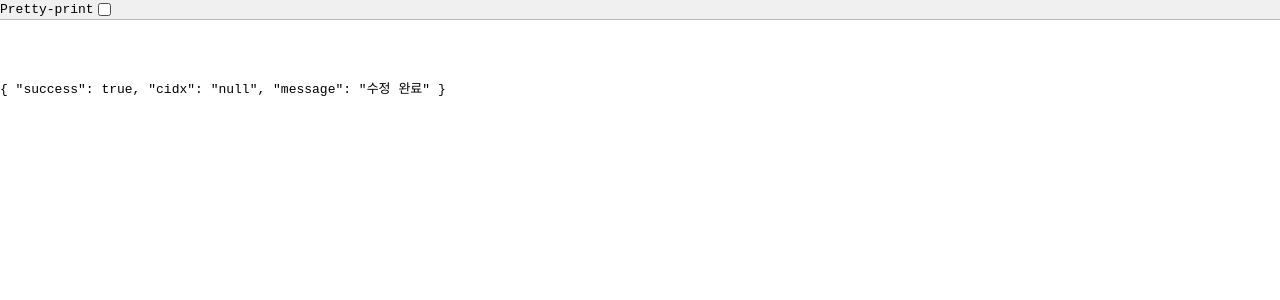
Repository: 1plus1equals3-true/Board-Project
Page: http://localhost/jsp/board_proc/comment_modify.jsp
An editor plug-in stored every save of this project. The page is shown before and after the next save, followed by the edit.
The browser window is 1280 px wide. The pictures show the whole page.
The page is served by Tomcat 9.

Above is the page before, as saved 2025-09-18 06:19:33.

After the next save:
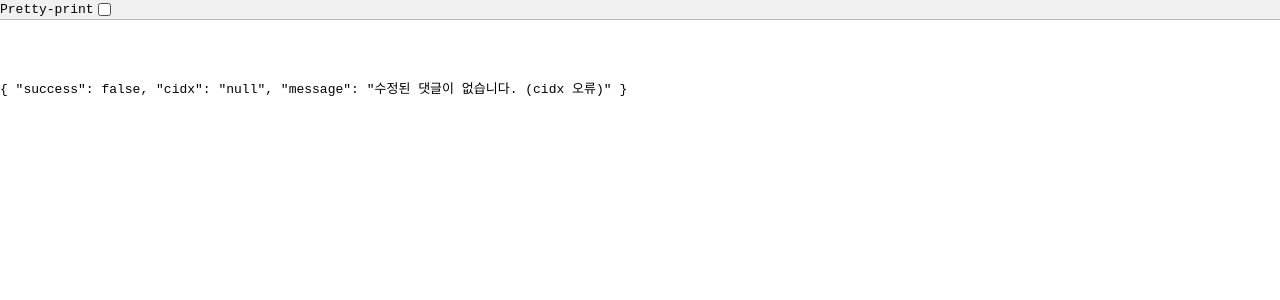
Saved 2 min 25 s later.
--- a/jsp/src/main/webapp/board_proc/comment_modify.jsp
+++ b/jsp/src/main/webapp/board_proc/comment_modify.jsp
@@ -25,10 +25,16 @@ try{
 	ps = conn.prepareStatement(sql);
 	ps.setString(1, commentmodify);
 	ps.setString(2, cidx);
-	ps.executeUpdate();
 
-	isSuccess = true; // DB 업데이트 성공 가정
-    message = "수정 완료";
+	int rowsAffected = ps.executeUpdate();
+
+	if (rowsAffected > 0) {
+	    isSuccess = true;
+        message = "수정 완료";
+    } else {
+        isSuccess = false;
+        message = "수정된 댓글이 없습니다. (cidx 오류)";
+    }
 
 }
 catch(Exception e){
